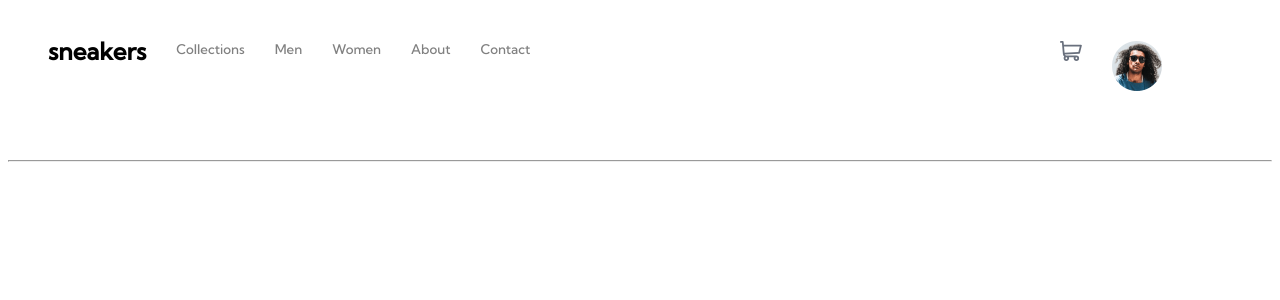
Repository: Abhi2359/frontendchallenge-2
Page: /
The author's editor kept a copy of each file at every save. The page is drawn from the files as they stood at one save, then again after a run of saves.
The browser window is 1280 px wide. The pictures show the whole page.
The project was rebuilt for these pictures with package versions that can differ from the ones it lists, and the page was loaded fresh each time.

Above is the page before, as saved 2023-02-11 00:33:27.

### src/App.js
import Navbar from "./components/Navbar/Navbar";


function App() {
  return (
    <div className="App">
     <Navbar/>

    </div>
  );
}

export default App;

### src/components/Navbar/Navbar.js
import React from "react";
import "./Navbar.css";
import { ReactComponent as Cart } from "../assets/images/icon-cart.svg";
import avatar from "../assets/images/image-avatar.png";
const Navbar = () => {
  return (
    <header className="header">

        <nav className="navbar">
          <ul>
            <h1>sneakers</h1>
            <li>
              <a href="#">Collections</a>
            </li>
            <li>
              <a href="#">Men</a>
            </li>
            <li>
              <a href="#">Women</a>
            </li>
            <li>
              <a href="#">About</a>
            </li>
            <li>
              <a href="#">Contact</a>
            </li>
            <div class="cart">
              <li>
                <Cart />
              </li>
              <li>
                <img src={avatar} alt="avatar-logo" className="avatar" />
              </li>
            </div>
          </ul>
          <div className="hr_tag">

          <hr  className="horizontal-line"/>
          </div>



        </nav>

    </header>
  );
};

export default Navbar;

### src/components/Navbar/Navbar.css
@import url('https://fonts.googleapis.com/css2?family=Kumbh+Sans:wght@500&family=Poppins:ital,wght@0,300;0,400;0,500;1,600&display=swap');


.header{
    /* background-color: aqua; */
    height: 100px;
}

.navigation{

   background-color: black;
}
.navbar{
    height: 20px;
}
.navbar ul{
    display: flex;
    list-style-type: none;
    font-family: 'Kumbh Sans', sans-serif;



}
.navbar ul li{
    margin-top: 25px;
    margin-left: 30px;
    font-size: smaller;
}

.navbar ul li a{
 text-decoration: none;
 color: gray;
}

 h1{
    font-weight: 600;
 }

 .avatar{
    height: 50px;
    padding-bottom: 50px;
    flex-grow: 4;
 }
.cart{
    display: flex;
    margin-left: 500px;
}
 .hr_tag{
    position: relative;
    margi
 }

Loaded but not shown: public/index.html (common file); src/index.js (common file)

After the next 3 saves:
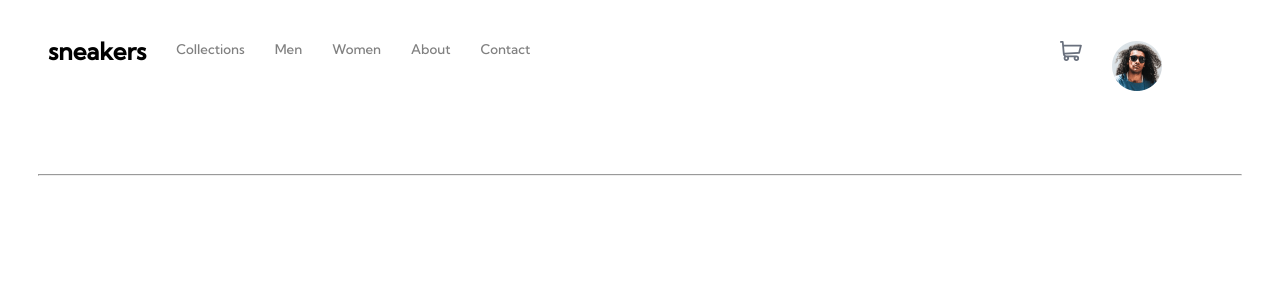
The 3 saves are shown as one change because they came seconds apart.
The last was saved 7 s later.
--- a/src/components/Navbar/Navbar.css
+++ b/src/components/Navbar/Navbar.css
@@ -47,5 +47,5 @@
 }
  .hr_tag{
     position: relative;
-    margi
+    margin: 30px;
  }
